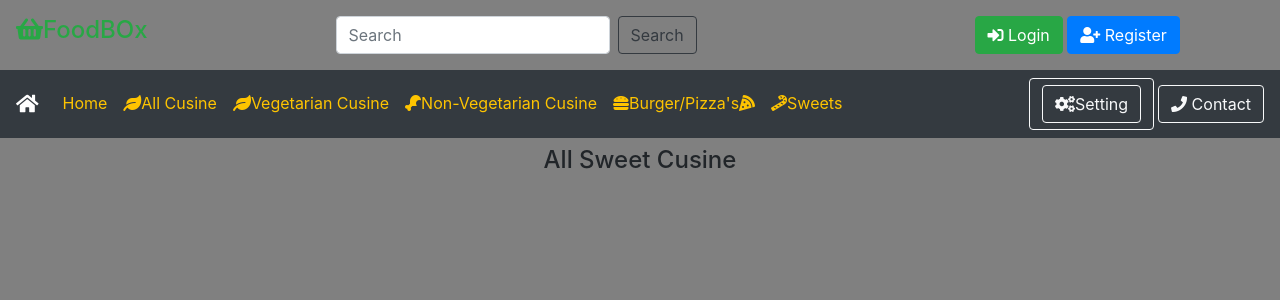
Repository: debjaniprofessional32/Capstone-Final-FoodBox-Delivery-Project
Page: http://localhost/OnlinFoodBOX/all_sweet.jsp
An editor plug-in stored every save of this project. The page is shown before and after the next save, followed by the edit.
The browser window is 1280 px wide. The pictures show the whole page.
Some web libraries are served in a nearby version. The page is served by Tomcat 9. Queries for data that is not in the repository find no rows.

Above is the page before, as saved 2022-12-22 16:05:41.

After the next save:
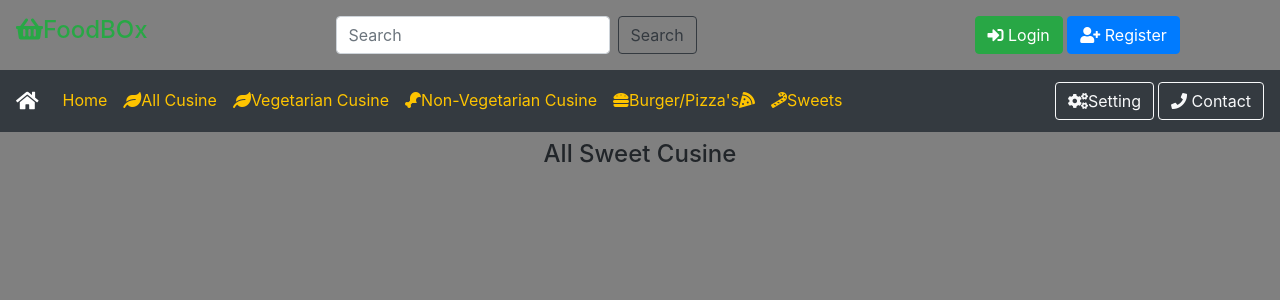
Saved 30 s later.
--- a/OnlinFoodBOX/src/main/webapp/all_Component/navbar.jsp
+++ b/OnlinFoodBOX/src/main/webapp/all_Component/navbar.jsp
@@ -90,7 +90,7 @@
       <li class="nav-item active"><a class="nav-link " href="all_sweet.jsp"><i class='fas fa-candy-cane'></i>Sweets</a></li>
     </ul>
     <form class="form-inline my-2 my-lg-0">
-     <button class="btn btn-outline-light my-2 my-sm-0" type="submit"><a class="btn btn-outline-light my-2 my-sm-0" href="setting.jsp" class="outline-light"><i class='fa fa-cogs '></i>Setting</a></button>
+     <a class="btn btn-outline-light my-2 my-sm-0" href="setting.jsp" class="outline-light"><i class='fa fa-cogs '></i>Setting</a>
       <button class="btn btn-outline-light my-2 my-sm-0 ml-1" type="submit"><i class='fa fa-phone'></i>&nbsp;Contact</button>
     </form>
   </div>
